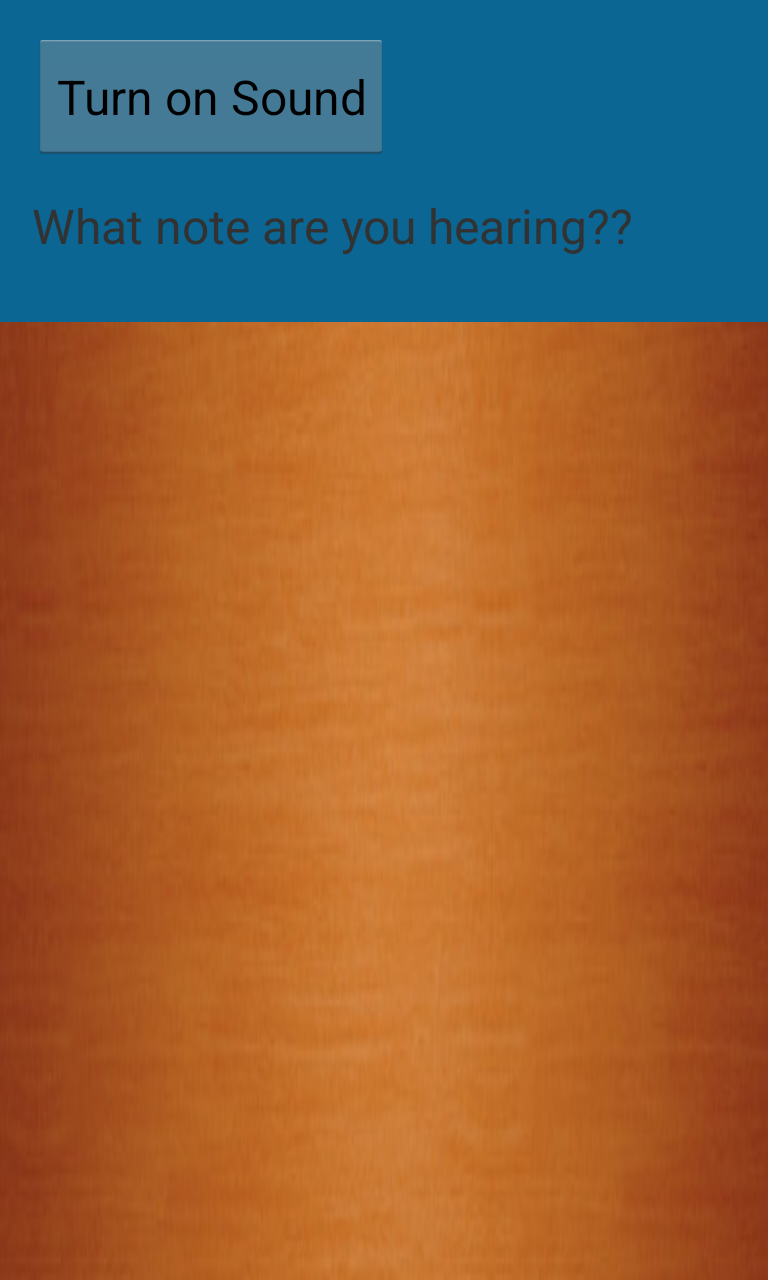
Repository: elliott-ribner/android-guitar-trainer
Layout: randomnotegenerator/res/layout/activity_main.xml
An editor plug-in stored every save of this project. The layout is shown before and after the next save, followed by the edit.
It is drawn on a 768 x 1280 px phone screen (xhdpi) without system bars, with theme AppTheme; the app's code is not run.

Above is the layout before, as saved 2014-06-08 22:58:46.

After the next save:
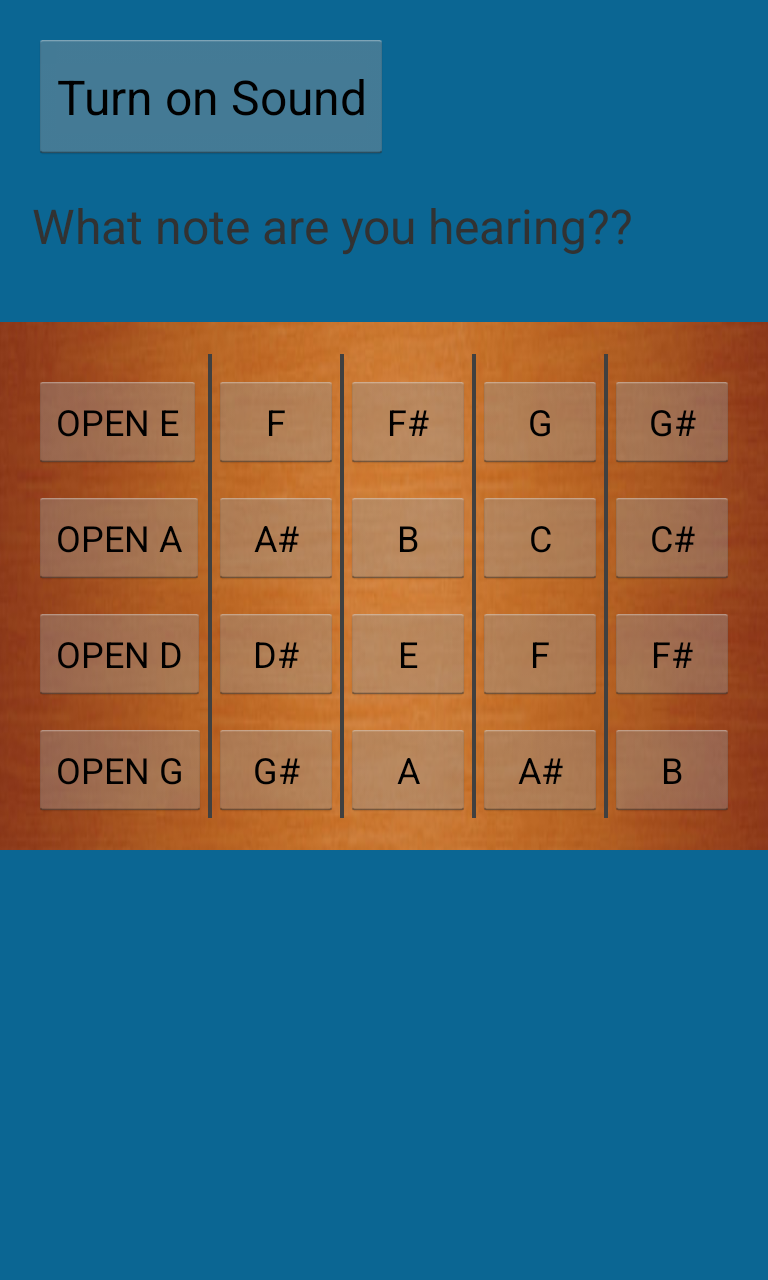
Saved 87 s later.
--- a/randomnotegenerator/res/layout/activity_main.xml
+++ b/randomnotegenerator/res/layout/activity_main.xml
@@ -35,26 +35,20 @@
             android:textSize="24sp" />
     </LinearLayout>
 
-     <View
+    <LinearLayout
         android:layout_width="fill_parent"
         android:layout_height="wrap_content"
         android:background="@drawable/background"
-        android:layout_alignTop="@+id/actual_content"
-        android:layout_alignBottom="@id/actual_content"
-        android:layout_alignLeft="@id/actual_content"
-        android:layout_alignRight="@id/actual_content"
-        />
-
-        <LinearLayout
-            android:id="@id/actual_content"
-            android:layout_width="fill_parent"
-            android:layout_height="wrap_content"
-            android:orientation="horizontal"
+        android:orientation="horizontal"
         android:paddingBottom="@dimen/activity_vertical_margin"
         android:paddingLeft="@dimen/activity_horizontal_margin"
         android:paddingRight="@dimen/activity_horizontal_margin"
         android:paddingTop="@dimen/activity_vertical_margin" >
 
+        <LinearLayout
+            android:layout_width="fill_parent"
+            android:layout_height="wrap_content" >
+
             <LinearLayout
                 android:layout_width="wrap_content"
                 android:layout_height="wrap_content"
@@ -245,7 +239,7 @@
                     android:text="@string/b" />
             </LinearLayout>
         </LinearLayout>
-
+    </LinearLayout>
 
     <LinearLayout
         android:layout_width="fill_parent"
